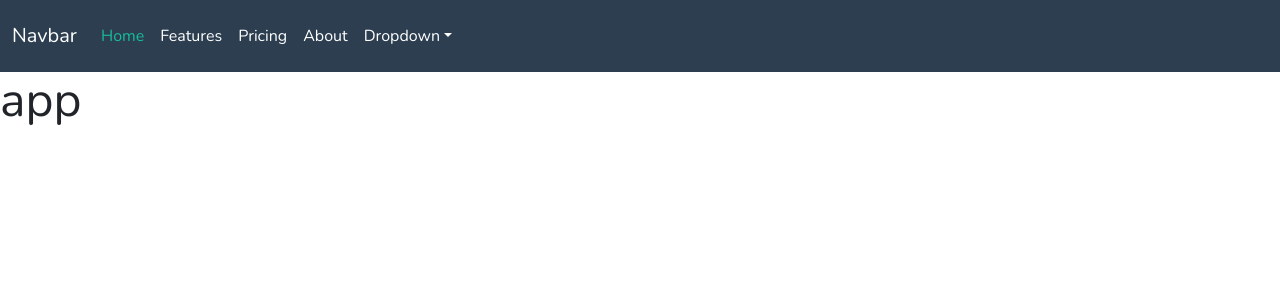
Repository: WaiMaungMaung/Mgr-site
Page: http://localhost/
The author's editor kept a copy of each file at every save. The page is drawn from the files as they stood at one save, then again after the next save.
The browser window is 1280 px wide. The pictures show the whole page.
The page is served by the project's Laravel application, run on PHP 8.4 with Laravel 9. Other server files are loaded and not shown.

Above is the page before, as saved 2022-04-05 16:37:05.

### resources/views/welcome.blade.php
@extends('layouts.app')
<div id="container">
    <nav class="navbar navbar-expand-lg navbar-dark bg-primary">
        <div class="container-fluid">
            <a class="navbar-brand" href="#">Navbar</a>
            <button class="navbar-toggler" type="button" data-bs-toggle="collapse" data-bs-target="#navbarColor01"
                aria-controls="navbarColor01" aria-expanded="false" aria-label="Toggle navigation">
                <span class="navbar-toggler-icon"></span>
            </button>

            <div class="collapse navbar-collapse" id="navbarColor01">
                <ul class="navbar-nav me-auto">
                    <li class="nav-item">
                        <a class="nav-link active" href="#">Home
                            <span class="visually-hidden">(current)</span>
                        </a>
                    </li>
                    <li class="nav-item">
                        <a class="nav-link" href="#">Features</a>
                    </li>
                    <li class="nav-item">
                        <a class="nav-link" href="#">Pricing</a>
                    </li>
                    <li class="nav-item">
                        <a class="nav-link" href="#">About</a>
                    </li>
                    <li class="nav-item dropdown">
                        <a class="nav-link dropdown-toggle" data-bs-toggle="dropdown" href="#" role="button"
                            aria-haspopup="true" aria-expanded="false">Dropdown</a>
                        <div class="dropdown-menu">
                            <a class="dropdown-item" href="#">Action</a>
                            <a class="dropdown-item" href="#">Another action</a>
                            <a class="dropdown-item" href="#">Something else here</a>
                            <div class="dropdown-divider"></div>
                            <a class="dropdown-item" href="#">Separated link</a>
                        </div>
                    </li>
                </ul>

            </div>
        </div>
    </nav>
</div>

### resources/views/layouts/app.blade.php
<!DOCTYPE html>
<html lang="{{ str_replace('_', '-', app()->getLocale()) }}">

<head>
    <meta charset="utf-8">
    <meta name="viewport" content="width=device-width, initial-scale=1">

    <title>Laravel</title>

    <!-- Fonts -->
    <link href="https://fonts.googleapis.com/css2?family=Nunito:wght@400;600;700&display=swap" rel="stylesheet">
    <link rel="stylesheet" href="https://bootswatch.com/5/flatly/bootstrap.min.css">
    <link rel="stylesheet" href="{{ URL::asset('css/custom.css') }} ">
    <!-- Styles -->
    <style>
        /*! normalize.css v8.0.1 | MIT License | github.com/necolas/normalize.css */
        html {
            line-height: 1.15;
            -webkit-text-size-adjust: 100%
        }

        body {
            margin: 0
        }

        a {
            background-color: transparent
        }

        [hidden] {
            display: none
        }

        html {
            font-family: system-ui, -apple-system, BlinkMacSystemFont, Segoe UI, Roboto, Helvetica Neue, Arial, Noto Sans, sans-serif, Apple Color Emoji, Segoe UI Emoji, Segoe UI Symbol, Noto Color Emoji;
            line-height: 1.5
        }

        *,
        :after,
        :before {
            box-sizing: border-box;
            border: 0 solid #e2e8f0
        }

        a {
            color: inherit;
            text-decoration: inherit
        }

        svg,
        video {
            display: block;
            vertical-align: middle
        }

        video {
            max-width: 100%;
            height: auto
        }

        .bg-white {
            --bg-opacity: 1;
            background-color: #fff;
            background-color: rgba(255, 255, 255, var(--bg-opacity))
        }

        .bg-gray-100 {
            --bg-opacity: 1;
            background-color: #f7fafc;
            background-color: rgba(247, 250, 252, var(--bg-opacity))
        }

        .border-gray-200 {
            --border-opacity: 1;
            border-color: #edf2f7;
            border-color: rgba(237, 242, 247, var(--border-opacity))
        }

        .border-t {
            border-top-width: 1px
        }

        .flex {
            display: flex
        }

        .grid {
            display: grid
        }

        .hidden {
            display: none
        }

        .items-center {
            align-items: center
        }

        .justify-center {
            justify-content: center
        }

        .font-semibold {
            font-weight: 600
        }

        .h-5 {
            height: 1.25rem
        }

        .h-8 {
            height: 2rem
        }

        .h-16 {
            height: 4rem
        }

        .text-sm {
            font-size: .875rem
        }

        .text-lg {
            font-size: 1.125rem
        }

        .leading-7 {
            line-height: 1.75rem
        }

        .mx-auto {
            margin-left: auto;
            margin-right: auto
        }

        .ml-1 {
            margin-left: .25rem
        }

        .mt-2 {
            margin-top: .5rem
        }

        .mr-2 {
            margin-right: .5rem
        }

        .ml-2 {
            margin-left: .5rem
        }

        .mt-4 {
            margin-top: 1rem
        }

        .ml-4 {
            margin-left: 1rem
        }

        .mt-8 {
            margin-top: 2rem
        }

        .ml-12 {
            margin-left: 3rem
        }

        .-mt-px {
            margin-top: -1px
        }

        .max-w-6xl {
            max-width: 72rem
        }

        .min-h-screen {
            min-height: 100vh
        }

        .overflow-hidden {
            overflow: hidden
        }

        .p-6 {
            padding: 1.5rem
        }

        .py-4 {
            padding-top: 1rem;
            padding-bottom: 1rem
        }

        .px-6 {
            padding-left: 1.5rem;
            padding-right: 1.5rem
        }

        .pt-8 {
            padding-top: 2rem
        }

        .fixed {
            position: fixed
        }

        .relative {
            position: relative
        }

        .top-0 {
            top: 0
        }

        .right-0 {
            right: 0
        }

        .shadow {
            box-shadow: 0 1px 3px 0 rgba(0, 0, 0, .1), 0 1px 2px 0 rgba(0, 0, 0, .06)
        }

        .text-center {
            text-align: center
        }

        .text-gray-200 {
            --text-opacity: 1;
            color: #edf2f7;
            color: rgba(237, 242, 247, var(--text-opacity))
        }

        .text-gray-300 {
            --text-opacity: 1;
            color: #e2e8f0;
            color: rgba(226, 232, 240, var(--text-opacity))
        }

        .text-gray-400 {
            --text-opacity: 1;
            color: #cbd5e0;
            color: rgba(203, 213, 224, var(--text-opacity))
        }

        .text-gray-500 {
            --text-opacity: 1;
            color: #a0aec0;
            color: rgba(160, 174, 192, var(--text-opacity))
        }

        .text-gray-600 {
            --text-opacity: 1;
            color: #718096;
            color: rgba(113, 128, 150, var(--text-opacity))
        }

        .text-gray-700 {
            --text-opacity: 1;
            color: #4a5568;
            color: rgba(74, 85, 104, var(--text-opacity))
        }

        .text-gray-900 {
            --text-opacity: 1;
            color: #1a202c;
            color: rgba(26, 32, 44, var(--text-opacity))
        }

        .underline {
            text-decoration: underline
        }

        .antialiased {
            -webkit-font-smoothing: antialiased;
            -moz-osx-font-smoothing: grayscale
        }

        .w-5 {
            width: 1.25rem
        }

        .w-8 {
            width: 2rem
        }

        .w-auto {
            width: auto
        }

        .grid-cols-1 {
            grid-template-columns: repeat(1, minmax(0, 1fr))
        }

        @media (min-width:640px) {
            .sm\:rounded-lg {
                border-radius: .5rem
            }

            .sm\:block {
                display: block
            }

            .sm\:items-center {
                align-items: center
            }

            .sm\:justify-start {
                justify-content: flex-start
            }

            .sm\:justify-between {
                justify-content: space-between
            }

            .sm\:h-20 {
                height: 5rem
            }

            .sm\:ml-0 {
                margin-left: 0
            }

            .sm\:px-6 {
                padding-left: 1.5rem;
                padding-right: 1.5rem
            }

            .sm\:pt-0 {
                padding-top: 0
            }

            .sm\:text-left {
                text-align: left
            }

            .sm\:text-right {
                text-align: right
            }
        }

        @media (min-width:768px) {
            .md\:border-t-0 {
                border-top-width: 0
            }

            .md\:border-l {
                border-left-width: 1px
            }

            .md\:grid-cols-2 {
                grid-template-columns: repeat(2, minmax(0, 1fr))
            }
        }

        @media (min-width:1024px) {
            .lg\:px-8 {
                padding-left: 2rem;
                padding-right: 2rem
            }
        }

        @media (prefers-color-scheme:dark) {
            .dark\:bg-gray-800 {
                --bg-opacity: 1;
                background-color: #2d3748;
                background-color: rgba(45, 55, 72, var(--bg-opacity))
            }

            .dark\:bg-gray-900 {
                --bg-opacity: 1;
                background-color: #1a202c;
                background-color: rgba(26, 32, 44, var(--bg-opacity))
            }

            .dark\:border-gray-700 {
                --border-opacity: 1;
                border-color: #4a5568;
                border-color: rgba(74, 85, 104, var(--border-opacity))
            }

            .dark\:text-white {
                --text-opacity: 1;
                color: #fff;
                color: rgba(255, 255, 255, var(--text-opacity))
            }

            .dark\:text-gray-400 {
                --text-opacity: 1;
                color: #cbd5e0;
                color: rgba(203, 213, 224, var(--text-opacity))
            }

            .dark\:text-gray-500 {
                --tw-text-opacity: 1;
                color: #6b7280;
                color: rgba(107, 114, 128, var(--tw-text-opacity))
            }
        }

    </style>

    <style>
        body {
            font-family: 'Nunito', sans-serif;
        }

    </style>
</head>

<body class="antialiased">
    <div id="app">
        @yield('content')
        <h1>app</h1>
    </div>
</body>

</html>

Loaded but not shown: routes/web.php (common file); lang/en.json (common file)

After the next save:
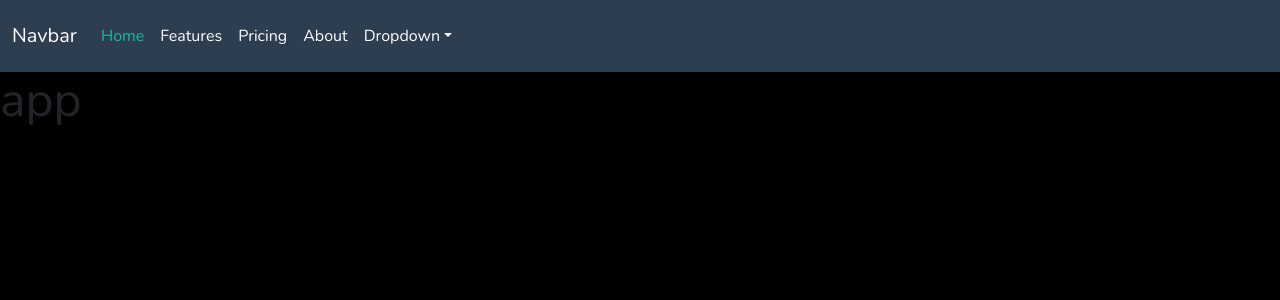
Saved 81 s later.
--- a/resources/views/layouts/app.blade.php
+++ b/resources/views/layouts/app.blade.php
@@ -402,6 +402,7 @@
     <style>
         body {
             font-family: 'Nunito', sans-serif;
+            background: #000;
         }
 
     </style>

After the save that followed:
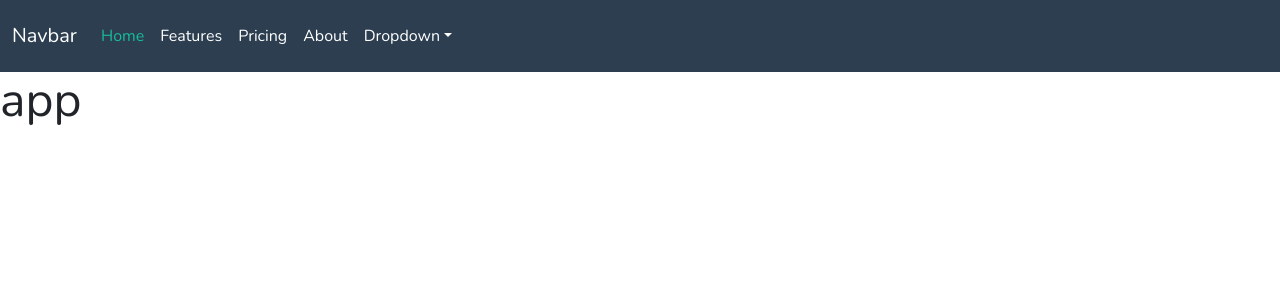
Saved 15 s later.
--- a/resources/views/layouts/app.blade.php
+++ b/resources/views/layouts/app.blade.php
@@ -402,7 +402,7 @@
     <style>
         body {
             font-family: 'Nunito', sans-serif;
-            background: #000;
+
         }
 
     </style>
